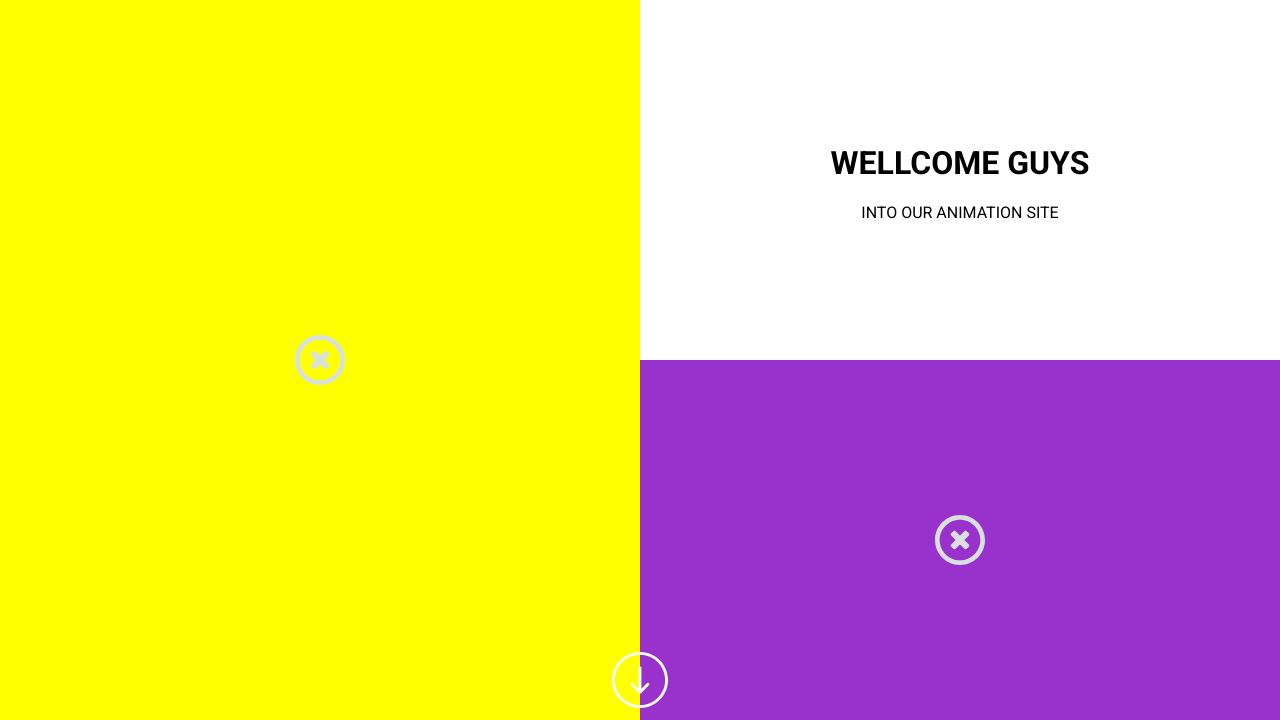
Repository: Rinzlerte/react-reveale-animation
Page: /main
An editor plug-in stored every save of this project. The page is shown before and after the next save, followed by the edit.
The browser window is 1280 px wide. The pictures show the whole page.
The project was rebuilt for these pictures with package versions that can differ from the ones it lists, and the page was loaded fresh each time. Also part of the build but not shown: src/components/home/Promoslider.jsx, src/components/home/Header.jsx, src/components/home/Home.jsx, src/components/secondary/Secondary.css, src/components/secondary/Secondary.jsx, src/components/ui/BackBtn.js, src/components/featured/About.jsx, src/components/featured/Inform.jsx and 3 more.

Above is the page before, as saved 2019-10-22 16:54:37.

### public/index.html
<!DOCTYPE html>
<html lang="en">
  <head>
    <meta charset="utf-8" />
    <link rel="icon" href="%PUBLIC_URL%/favicon.ico" />
    <meta name="viewport" content="width=device-width, initial-scale=1" />
    <meta name="theme-color" content="#000000" />
    <meta
      name="description"
      content="Web site created using create-react-app"
    />
    <link rel="apple-touch-icon" href="logo192.png" />
    <link rel="stylesheet" href="https://fonts.googleapis.com/css?family=Roboto:300,400,500,700&display=swap" />
    <link rel="manifest" href="%PUBLIC_URL%/manifest.json" />
    <title>React App</title>
  </head>
  <body>
    <noscript>You need to enable JavaScript to run this app.</noscript>
    <div id="root"></div>
  </body>
</html>

### src/App.js
import React, { Component } from 'react';
import { BrowserRouter, Route } from 'react-router-dom';
import './Resources/styles.css'

import Home from './components/home/Home';
import Main from './components/main/Main';


import About from './components/featured/About';
import Inform from './components/featured/Inform';

import Navigation from './components/navigation/Navigation';
import Contacts from './components/featured/Contacts';

export default class App extends Component {
  render() {
    return (
      <BrowserRouter >
        <Route exact path="/" render={() => <Home />} />
        <Route path="/main" render={() => <Main />}/>
        <Route path="/inform" render={() => <Inform />}/>
        <Route path="/menu" render={() => <Navigation />}/>
        <Route path="/contacts" render={() => <Contacts />}/>
        <Route path="/about" render={() => <About />}/>
      </BrowserRouter>
    )
  }
}

### src/Resources/styles.css
body {
  margin: 0;
  font-family: -apple-system, BlinkMacSystemFont, "Segoe UI", "Roboto", "Oxygen",
    "Ubuntu", "Cantarell", "Fira Sans", "Droid Sans", "Helvetica Neue",
    sans-serif;
  -webkit-font-smoothing: antialiased;
  -moz-osx-font-smoothing: grayscale;
  padding: 0;
  box-sizing: border-box;
  font-family: "Roboto", sans-serif;
}

code {
  font-family: source-code-pro, Menlo, Monaco, Consolas, "Courier New",
    monospace;
}

.home, .container{
  width: 100%;
}

.container{
  height: 100%;
}

/* HEADER */
.header_logo{
  color: white;
  font-size: 28px;
}

.home{
  display: flex;
  justify-content: space-between;
  align-items: center;
  flex-direction: column;
}




/* FOOTER */
.footer{
  bottom: 0;
  position: absolute;
  display: block;
  width: 100%;
  height: 80px;
  z-index: 99;
  display: flex;
  align-items: center;
  justify-content: space-around;
}


.arrow-btn, .back-btn{
  display: block;
}

.arrow-btn, .cross-btn, .back-btn{
  background-size: cover !important;

}


.link{
  display: block;
}

### src/components/main/Main.jsx
import React from 'react';
import {ArrowBtn} from '../ui/ArrowBtn';
import {CrossBtn} from '../ui/CrossBtn';

import Slide from 'react-reveal/Slide';
import Wellcome from './Wellcome';
import Information from './Information';

import Secondary from '../secondary/Secondary';

import './Main.css';

  export default class Main extends React.Component {
      constructor(props){
          super(props);
          this.state={
			secondary: false,
		}
		this.toogleSecondary = this.toogleSecondary.bind(this);
		this.handleEvent = this.handleEvent.bind(this);
      }

	handleEvent = (event) =>{
		var y = event.deltaY;
		if (y > 0) {
			console.log("scroll down");
		this.setState({
			secondary : true,
		})
		} else {
			console.log("scroll up");
			this.setState({
				// secondary : false,
			})
		}
	}
	toogleSecondary = (value) => {
		console.log(value);
		this.setState({
			secondary : value
		});
	}

    render(){
        return (
				<div className="main" style={{ height:`${window.innerHeight}px`}} onWheel={(event)=>this.handleEvent(event)}>
					<div className="container" style={{display:`flex`, height:`${window.innerHeight}px`}}>
						<Slide left>
							<div className="about-box">
								<CrossBtn  width="50px" height="50px" link="true" linkTo="/about"/>
							</div>
						</Slide>
						<Slide right>
							<div className="intro">
								<Wellcome />
								<Information />
							</div>
						</Slide>
					</div>
					{	this.state.secondary?
						<Secondary />
						:null
					}
					<div className="footer" onClick={(e)=>this.toogleSecondary(true)}>
						<ArrowBtn
							width="56px" height="56px" link="true" linkTo="/secondary"
						/>
					</div>
				</div>
        );
    }
}

### src/components/ui/ArrowBtn.js
import React from "react";
import { Link } from "react-router-dom";

import IconImage from "../../Resources/images/logos/down-arrow.svg";

export const ArrowBtn = props => {
  const template = (
    <div
      className="arrow-btn"
      style={{
        width: props.width,
        height: props.height,
        background: `url(${IconImage}) no-repeat`
      }}
    />
  );

  if (props.link) {
    return (
      <Link to={props.linkTo} className="link">
        {template}
      </Link>
    );
  } else {
    return template;
  }
};

### src/components/ui/CrossBtn.js
import React from "react";
import { Link } from "react-router-dom";

import image from "../../Resources/images/logos/close.svg";

export const CrossBtn = props => {
  const template = (
    <div
      className="cross-btn"
      style={{
        width: props.width,
        height: props.height,
        background: `url(${image}) no-repeat`
      }}
    />
  );

  if (props.link) {
    return (
      <Link to={props.linkTo} className="link">
        {template}
      </Link>
    );
  } else {
    return template;
  }
};

### src/components/main/Wellcome.jsx
import React from 'react';

const Wellcome = () => {
    return (
        <div className="wellcome-box">
         <div className="wellcome-wrapper">
            <h1>WELLCOME GUYS</h1>
            <p>INTO OUR ANIMATION SITE</p>
         </div>
        </div>
    );
};

export default Wellcome;

### src/components/main/Information.jsx
import React from 'react';
import { CrossBtn} from '../ui/CrossBtn';

const Informaton = () => (
            <div className="inform-box">
                <CrossBtn  width="50px" height="50px" link="true" linkTo="/inform" />
            </div>
    );

export default Informaton;

### src/components/main/Main.css

.main{
	display: flex;
	width: 100%;
	overflow: hidden;
}

.intro, .about{
	width: 50%;
	height: 100%;
}

.about-box{
	width: 50%;
	height: 100%;
	background-color: yellow;
	display: flex;
	justify-content: space-around;
	align-items: center;
}

.wellcome-box{
	width: 100%;
	height: 50%;
	background-color: white;
	display: flex;
	justify-content: space-around;
	align-items: center;
	text-align: center;
}


.inform-box{
	width: 100%;
	height: 50%;
	display: flex;
	justify-content: space-around;
	align-items: center;
	background-color: darkorchid;
}

Loaded but not shown: src/index.js (common file)

After the next save:
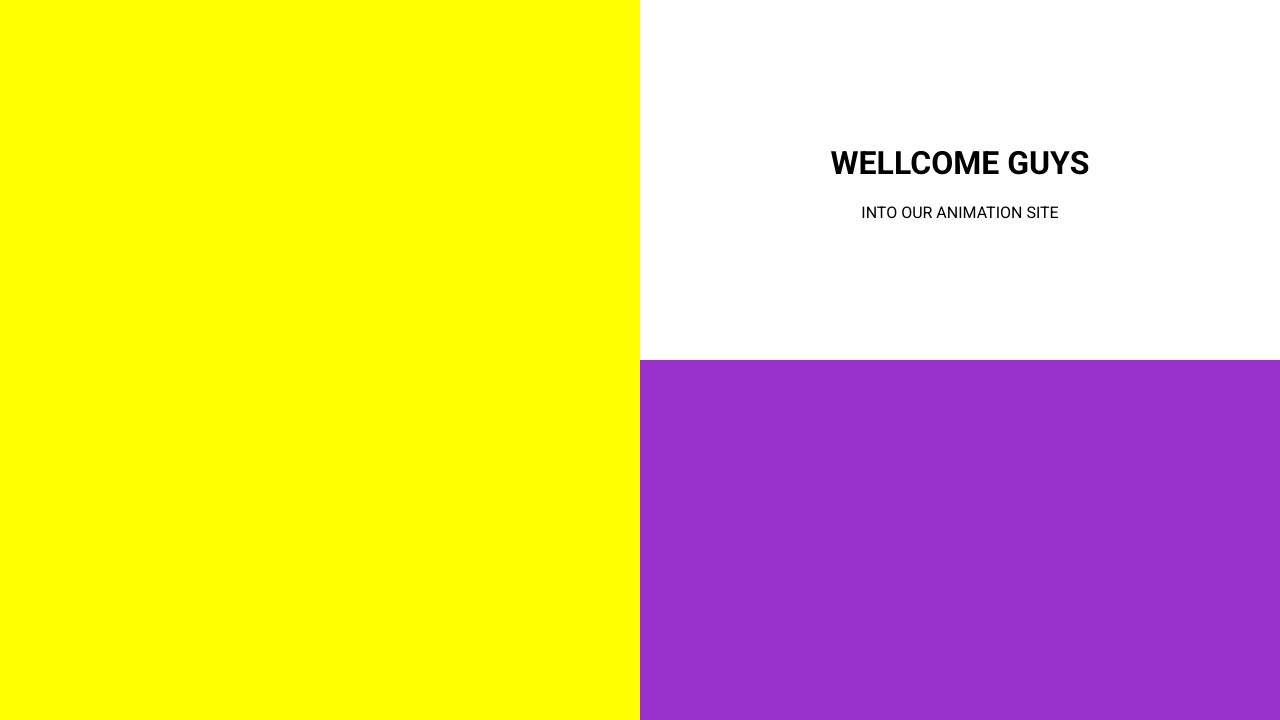
Saved 31 s later.
--- a/src/Resources/styles.css
+++ b/src/Resources/styles.css
@@ -63,6 +63,10 @@ code {
 }
 
 
+
+
+
+
 .link{
-  display: block;
+  display: none;
 }
